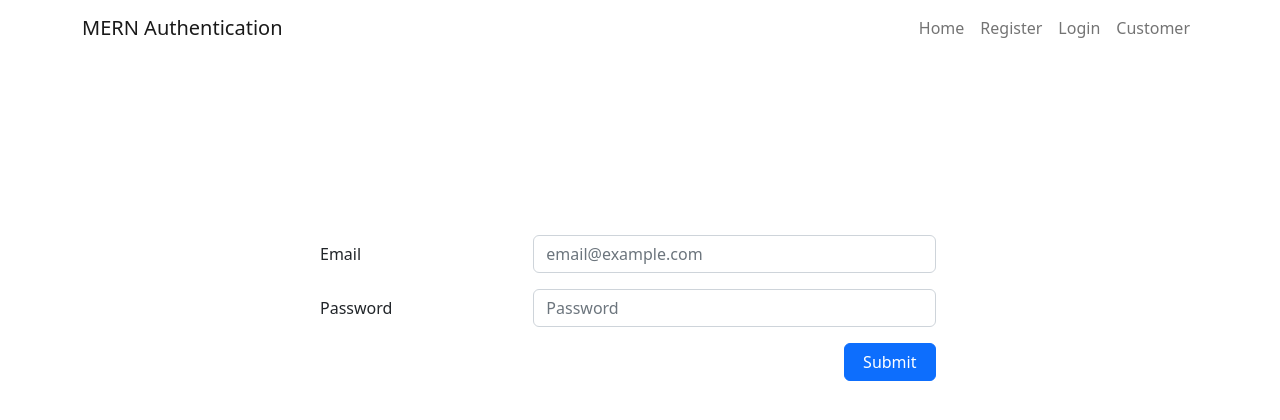
Repository: RubaHusam/MERN-Auth
Page: /login (app in frontend/)
An editor plug-in stored every save of this project. The page is shown before and after the next save, followed by the edit.
The browser window is 1280 px wide. The pictures show the whole page.
The page's requests for data from a server got no answer. The project was rebuilt for these pictures with package versions that can differ from the ones it lists, and the page was loaded fresh each time. No one was signed in, and anything a server would have sent is missing. Also part of the build but not shown: frontend/src/components/Auth/Register.js.

Above is the page before, as saved 2023-01-29 19:16:11.

After the next save:
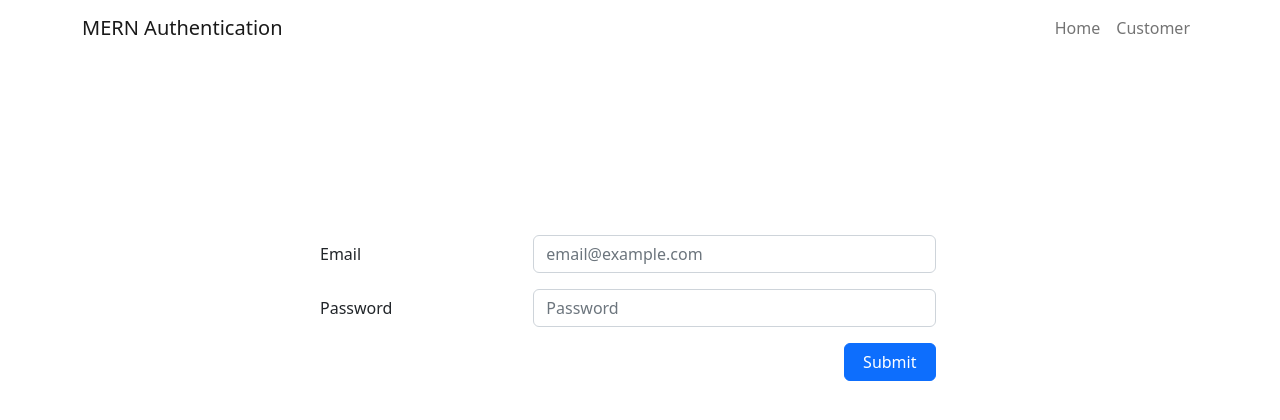
Saved 114 s later.
--- a/frontend/src/components/Layout/Header.js
+++ b/frontend/src/components/Layout/Header.js
@@ -26,20 +26,22 @@ export default function Header() {
               <Nav.Link as={Link} to='/' style={{ textDecoration: 'none' }}>
                 Home
               </Nav.Link>
-              <Nav.Link
-                as={Link}
-                to='/register'
-                style={{ textDecoration: 'none' }}>
-                Register
-              </Nav.Link>
-              <Nav.Link
-                as={Link}
-                to='/login'
-                style={{ textDecoration: 'none' }}>
-                Login
-              </Nav.Link>
-
-              {loggedIn && (
+              {!loggedIn ? (
+                <>
+                  <Nav.Link
+                    as={Link}
+                    to='/register'
+                    style={{ textDecoration: 'none' }}>
+                    Register
+                  </Nav.Link>
+                  <Nav.Link
+                    as={Link}
+                    to='/login'
+                    style={{ textDecoration: 'none' }}>
+                    Login
+                  </Nav.Link>
+                </>
+              ) : (
                 <Nav.Link
                   as={Link}
                   to='/customer'
